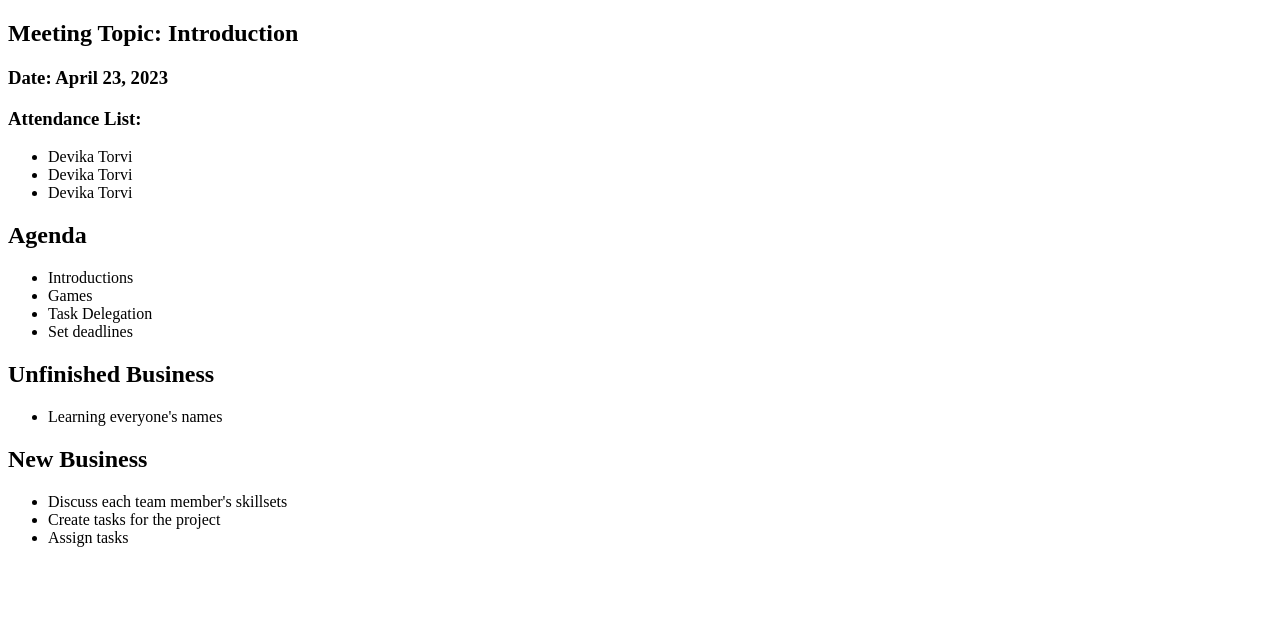
Repository: dtorvi/sp23-cse110-lab3
Page: index.html
These files come from the project's save history. The page is drawn as it stood at one moment and after a run of saves; the edit follows.
The browser window is 1280 px wide. The pictures show the whole page.

Above is the page before, as saved 2023-04-23 13:51:08.

### index.html
<!DOCTYPE html>
<html lang="en">
  <head>
    <title>CSE 110 Lab 2</title>
  </head>
  <body>
    <section>
        <h2>Meeting Topic: Introduction</h2>
        <h3>Date: April 23, 2023</h3>
        <h3>Attendance List:</h3>
        <ul>
          <li>Devika Torvi</li>
          <li>Devika Torvi</li>
          <li>Devika Torvi</li>
        </ul>
        <h2>Agenda</h2>
        <ul>
            <li>Introductions</li>
            <li>Games</li>
            <li>Task Delegation</li>
            <li>Set deadlines</li>
        </ul>
        <h2>Unfinished Business</h2>
        <ul>
            <li>Learning everyone's names</li>
        </ul>

        <h2>New Business</h2>
        <ul>
            <li>Discuss each team member's skillsets</li>
            <li>Create tasks for the project</li>
            <li>Assign tasks</li>
        </ul>
    </section>
  </body>
</html>

After the next 2 saves:
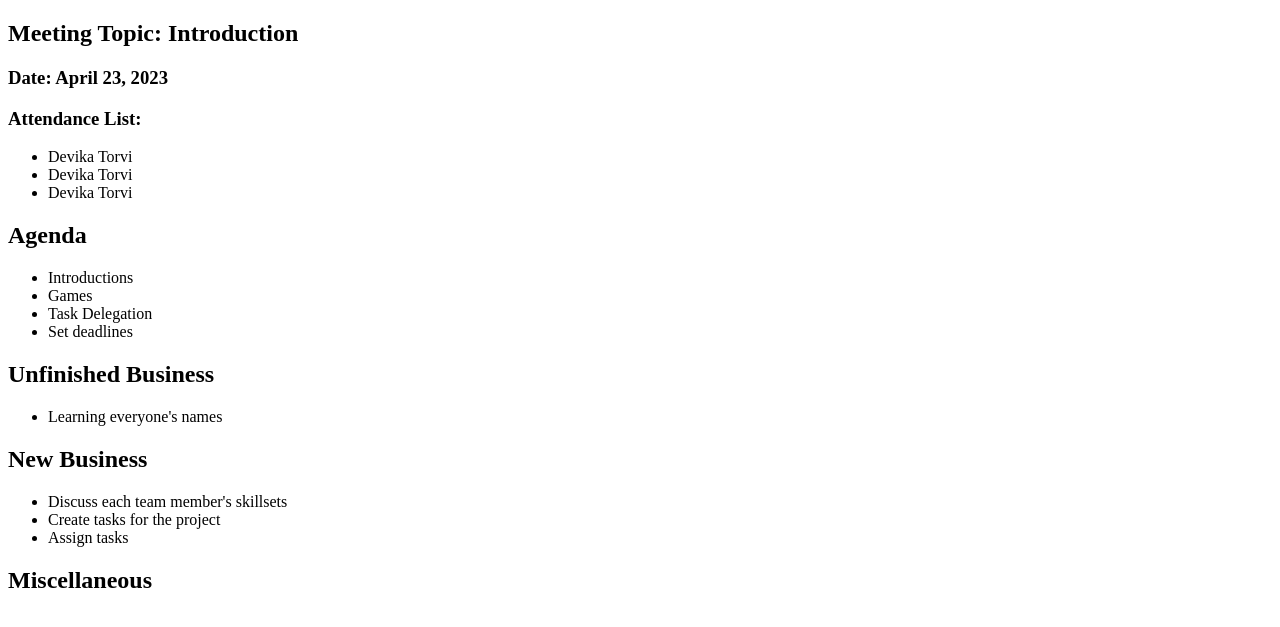
The 2 saves are shown as one change because they came seconds apart.
The last was saved 13 s later.
--- a/index.html
+++ b/index.html
@@ -31,6 +31,9 @@
             <li>Create tasks for the project</li>
             <li>Assign tasks</li>
         </ul>
+
+        <h2>Miscellaneous</h2>
+
     </section>
   </body>
 </html>
